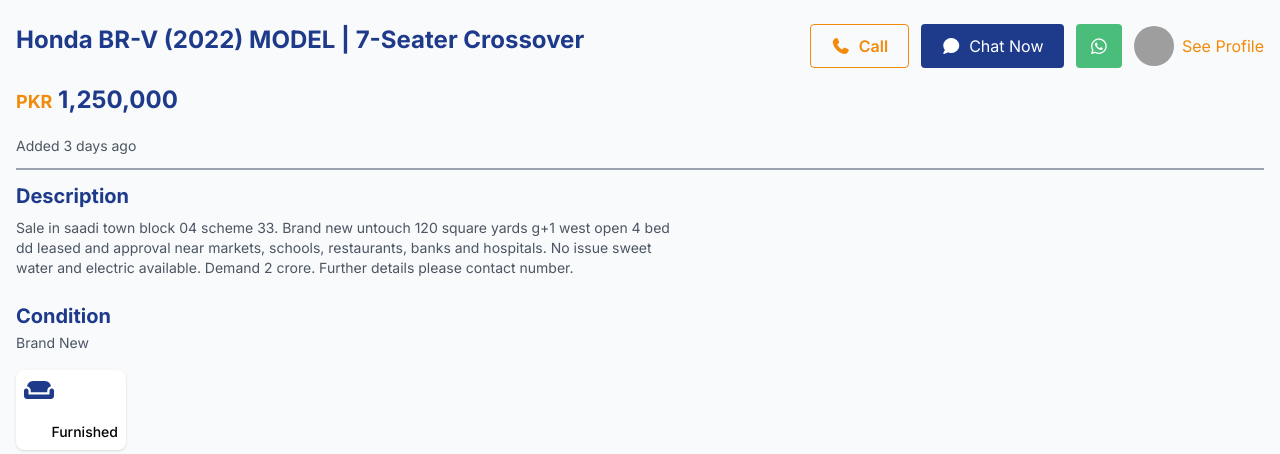
Repository: ARFA-SAEED/miljayega
Page: src/motorsPage/bikes_1.html
These files come from the project's save history. The page is drawn as it stood at one moment and after the next save; the edit follows.
The browser window is 1280 px wide. The pictures show the part of the page from y = 633 to 1087 px (the page is 2069 px tall).
Pictures or frames that could not be fetched are drawn as grey boxes. A picture or video elsewhere on the page could not be fetched, so the positions and the page height are approximate. Some web fonts or font styles are not loaded; a fallback is used. Some web libraries are served in a nearby version.

Above is the page before, as saved 2025-08-25 13:20:37.

After the next save:
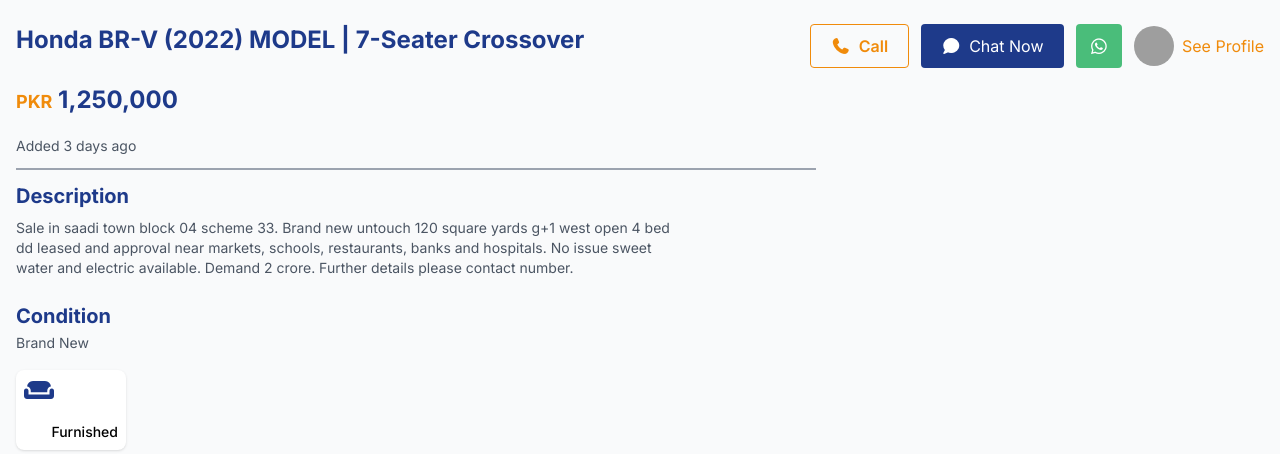
Saved 10 s later.
--- a/src/motorsPage/bikes_1.html
+++ b/src/motorsPage/bikes_1.html
@@ -143,7 +143,7 @@
         <h1 class="text-blue-900 font-bold text-xl lg:text-2xl">
             <span class="text-lg text-[#F08B0B]">PKR</span> 1,250,000
         </h1>
-        <p class="text-gray-600 text-sm mt-5 pb-3 border-b border-gray-400 border-b-2">Added 3 days ago</p>
+        <p class="text-gray-600 text-sm mt-5 pb-3 border-b border-gray-400 border-b-2 w-200">Added 3 days ago</p>
     </div>
 
     <!-- Description -->
